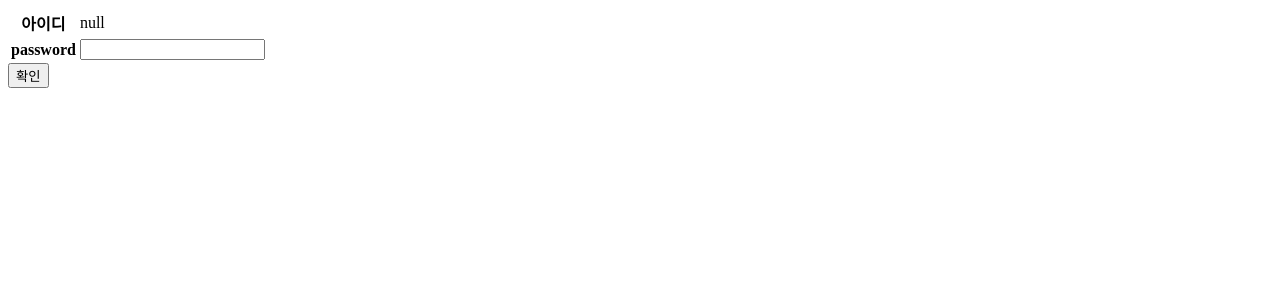
Repository: 2JISUN/hta-lecture-basic
Page: http://localhost/jsp03/info.jsp
These files come from the project's save history. The page is drawn as it stood at one moment and after the next save; the edit follows.
The browser window is 1280 px wide. The pictures show the whole page.
The page is served by Tomcat 10. Other server files are loaded and not shown. Queries for data that is not in the repository find no rows.

Above is the page before, as saved 2023-09-15 05:50:40.

### jsp-lecture/jsp03/src/main/webapp/info.jsp
<%@page import="java.sql.ResultSet"%>
<%@page import="java.sql.PreparedStatement"%>
<%@page import="java.sql.Connection"%>
<%@page import="java.sql.DriverManager"%>
<%@ page language="java" contentType="text/html; charset=UTF-8"
    pageEncoding="UTF-8"%>
<%

	String userID = request.getParameter("id");


	//1. driver 찾기
	String driver = "oracle.jdbc.OracleDriver";
	Class.forName(driver);

	//2. url
	// 자바17 = 오라클11
	String url = "jdbc:oracle:thin:@localhost:1521:xe";
	String id = "jisun";
	String pw = "1234";

	Connection conn = DriverManager.getConnection(url, id, pw);
	System.out.println("db연결 성공");

	//3. 조회 : 쿼리 작성 + 결과값 받아오기
	//3-1. 쿼리문 처리 메서드
	//3-2. 결과값 받아오기 select 를 제외하고 나머지는 정수 0
	PreparedStatement pstmt = null;
	ResultSet rs = null;
	String sql = "select * from test where id = ?";
	pstmt = conn.prepareStatement(sql);
	pstmt.setString(1,userID);
	rs = pstmt.executeQuery();
%>
<!DOCTYPE html>
<html>
<head>
<meta charset="UTF-8">
<title>Insert title here</title>
</head>
<body>
	<form action="password-check.jsp" method="post">
		<table>
			<tbody>
				<tr>
					<th>아이디</th>
					<td><%= userID %></td>
					<input type="hidden" name="userID" value="<%= userID %>" readonly>
				</tr>
				<tr>
					<th>password</th>
					<td><input type="password" name="userPW"></td>
				</tr>
			</tbody>
		</table>
		<button>확인</button>
	</form>
</body>
</html>

After the next save:
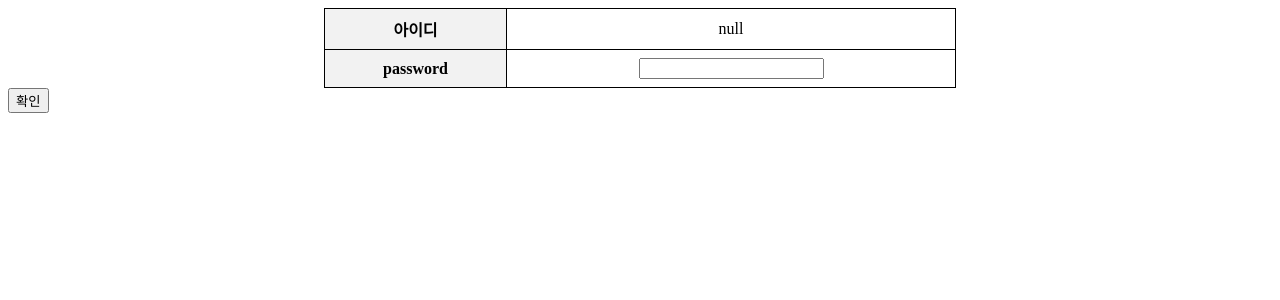
Saved 58 s later.
--- a/jsp-lecture/jsp03/src/main/webapp/info.jsp
+++ b/jsp-lecture/jsp03/src/main/webapp/info.jsp
@@ -35,8 +35,29 @@
 <!DOCTYPE html>
 <html>
 <head>
-<meta charset="UTF-8">
-<title>Insert title here</title>
+    <meta charset="UTF-8">
+    <title>데이터베이스 결과 테이블</title>
+    <style>
+    	h1 {
+    	width: 50%;
+		margin: auto;
+    	}
+        table {
+            border-collapse: collapse;
+            width: 50%;
+            margin: auto;
+        }
+
+        th, td {
+            border: 1px solid black;
+            padding: 8px;
+            text-align: center;
+        }
+
+        th {
+            background-color: #f2f2f2;
+        }
+    </style>
 </head>
 <body>
 	<form action="password-check.jsp" method="post">
